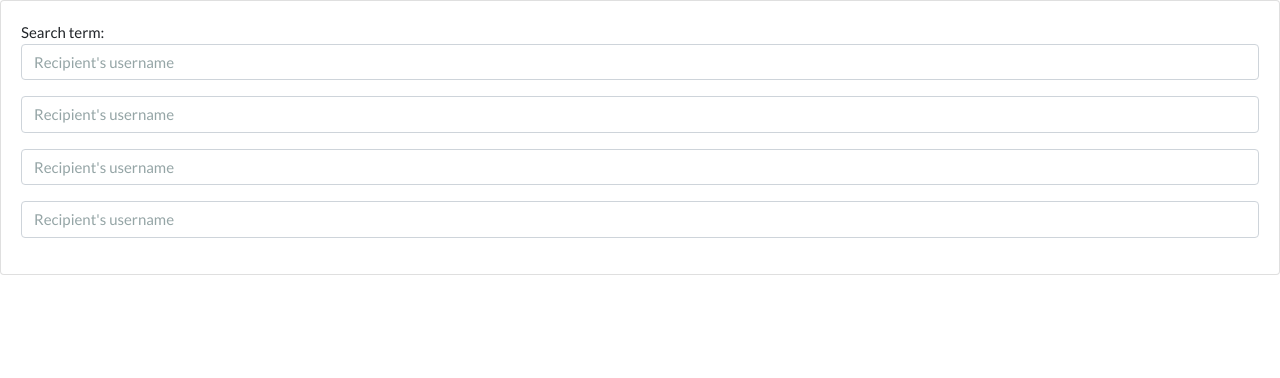
Repository: broganneagle/NYTSearch
Page: index.html
These files come from the project's save history. The page is drawn as it stood at one moment and after the next save; the edit follows.
The browser window is 1280 px wide. The pictures show the whole page.
Some web libraries are served in a nearby version.

Above is the page before, as saved 2020-06-26 13:37:14.

### index.html
<!DOCTYPE html>
<html lang="en">
<head>
    <meta charset="UTF-8">
    <meta name="viewport" content="width=device-width, initial-scale=1.0">
    <title>NYT Search</title>
    <link rel="stylesheet" href="https://stackpath.bootstrapcdn.com/bootstrap/4.3.1/css/bootstrap.min.css" />
    <link href="https://stackpath.bootstrapcdn.com/bootswatch/4.5.0/flatly/bootstrap.min.css" rel="stylesheet"
        integrity="sha384-mhpbKVUOPCSocLzx2ElRISIORFRwr1ZbO9bAlowgM5kO7hnpRBe+brVj8NNPUiFs" crossorigin="anonymous">
</head>
<body>
    <div class="card">
        <div class="card-body">
          Search term:
        <div class="input-group mb-3">
        <input type="text" class="form-control" placeholder="Recipient's username" aria-label="Recipient's username" aria-describedby="button-addon2">
     </div>
     <div class="input-group mb-3">
        <input type="text" class="form-control" placeholder="Recipient's username" aria-label="Recipient's username" aria-describedby="button-addon2">
     </div>
     <div class="input-group mb-3">
        <input type="text" class="form-control" placeholder="Recipient's username" aria-label="Recipient's username" aria-describedby="button-addon2">
     </div>
     <div class="input-group mb-3">
        <input type="text" class="form-control" placeholder="Recipient's username" aria-label="Recipient's username" aria-describedby="button-addon2">
     </div>
    </div>
</div>

</body>
</html>

After the next save:
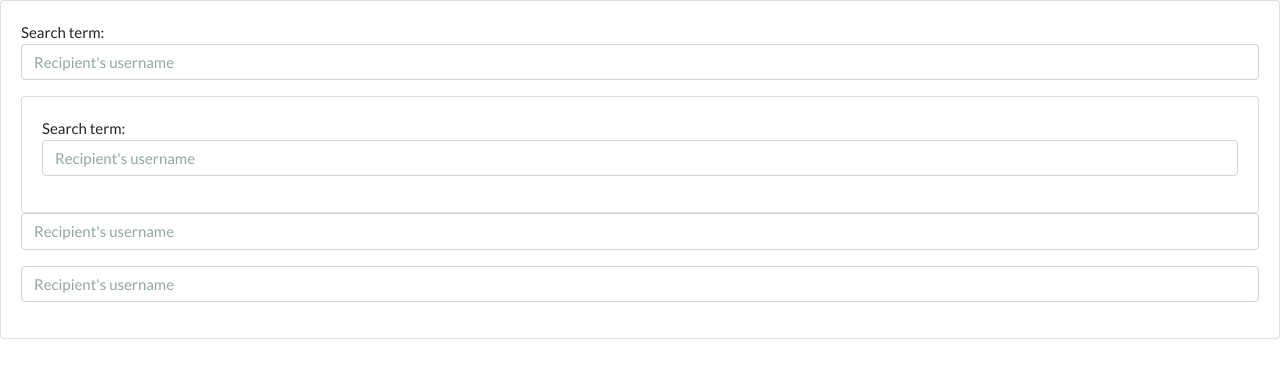
Saved 85 s later.
--- a/index.html
+++ b/index.html
@@ -15,8 +15,14 @@
         <div class="input-group mb-3">
         <input type="text" class="form-control" placeholder="Recipient's username" aria-label="Recipient's username" aria-describedby="button-addon2">
      </div>
+     <div class="card">
+        <div class="card-body">
+          Search term:
      <div class="input-group mb-3">
+
         <input type="text" class="form-control" placeholder="Recipient's username" aria-label="Recipient's username" aria-describedby="button-addon2">
+     </div>
+     </div>
      </div>
      <div class="input-group mb-3">
         <input type="text" class="form-control" placeholder="Recipient's username" aria-label="Recipient's username" aria-describedby="button-addon2">
